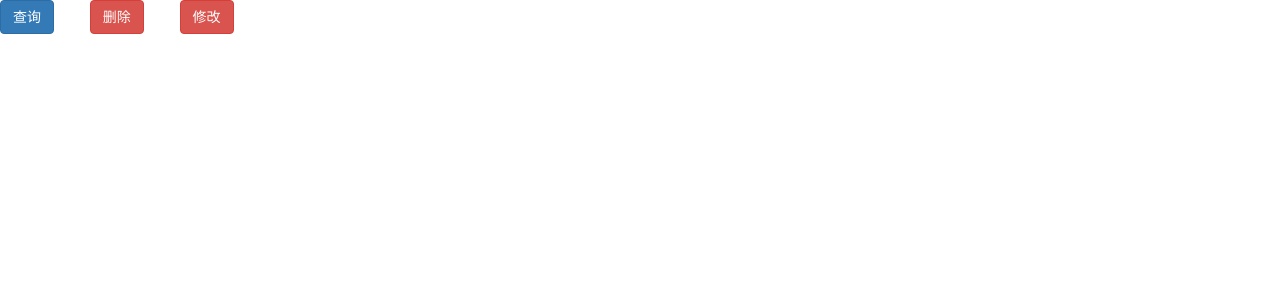
Repository: JuniorProjectTraining/free
Page: http://localhost/emss/caozuo.jsp
These files come from the project's save history. The page is drawn as it stood at one moment and after the next save; the edit follows.
The browser window is 1280 px wide. The pictures show the whole page.
Some web libraries are served in a nearby version. The page is served by Tomcat 9. Other server files are loaded and not shown.

Above is the page before, as saved 2019-12-25 14:32:13.

### emss/src/main/webapp/caozuo.jsp
<%@ page language="java" contentType="text/html; charset=UTF-8"
	pageEncoding="UTF-8"%>
<!DOCTYPE html>
<html>
<head>
<meta charset="UTF-8">
<title>操作界面Insert title here</title>

<meta http-equiv="X-UA-Compatible" content="IE=edge">
<meta name="viewport" content="width=device-width, initial-scale=1">
<!-- 上述3个meta标签*必须*放在最前面，任何其他内容都*必须*跟随其后！ -->

<!-- 引入jquery框架 -->
<script src="https://cdn.staticfile.org/jquery/1.10.2/jquery.min.js"></script>

<!-- Bootstrap -->

<link
	href="https://cdn.jsdelivr.net/npm/bootstrap@3.3.7/dist/css/bootstrap.min.css"
	rel="stylesheet">


</head>
<body>

	<button type="button" class="btn btn-primary">查询</button>
	&emsp;&emsp;
	<button type="button" class="btn btn-danger">删除</button>
	&emsp;&emsp;
	<button type="button" class="btn btn-danger">修改</button>

	<script
		src="https://cdn.jsdelivr.net/npm/jquery@1.12.4/dist/jquery.min.js"></script>
	<!-- 加载 Bootstrap 的所有 JavaScript 插件。你也可以根据需要只加载单个插件。 -->
	<script
		src="https://cdn.jsdelivr.net/npm/bootstrap@3.3.7/dist/js/bootstrap.min.js"></script>

</body>
</html>

After the next save:
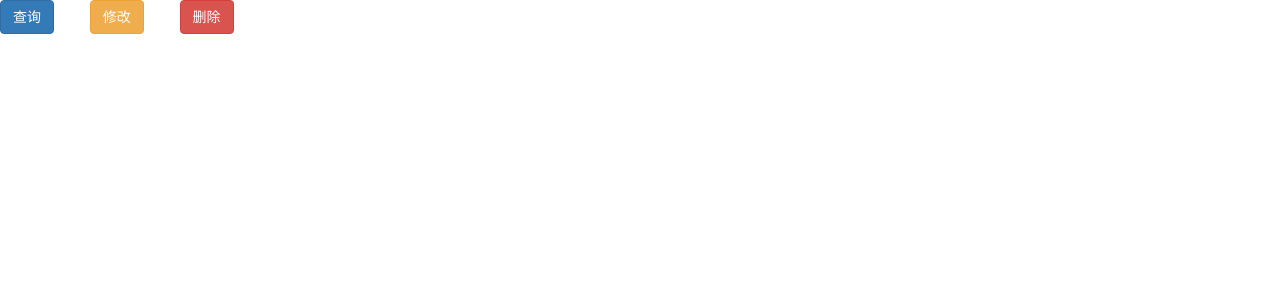
Saved 60 s later.
--- a/emss/src/main/webapp/caozuo.jsp
+++ b/emss/src/main/webapp/caozuo.jsp
@@ -25,9 +25,9 @@
 
 	<button type="button" class="btn btn-primary">查询</button>
 	&emsp;&emsp;
+	<button type="button" class="btn btn-warning">修改</button>
+	&emsp;&emsp;
 	<button type="button" class="btn btn-danger">删除</button>
-	&emsp;&emsp;
-	<button type="button" class="btn btn-danger">修改</button>
 
 	<script
 		src="https://cdn.jsdelivr.net/npm/jquery@1.12.4/dist/jquery.min.js"></script>
